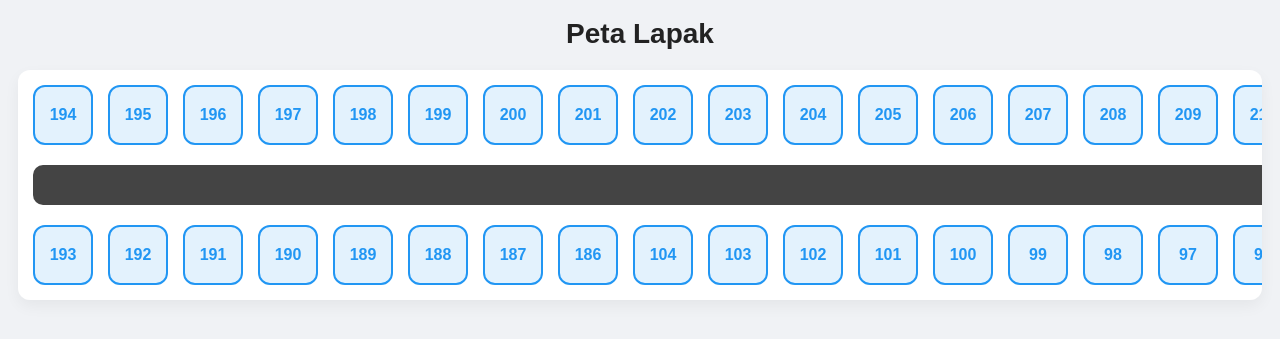
Repository: pasarrakyatbak/denah
Page: index.html
An editor plug-in stored every save of this project. The page is shown before and after the next save, followed by the edit.
The browser window is 1280 px wide. The pictures show the whole page.

Above is the page before, as saved 2025-09-19 08:55:36.

After the next save:
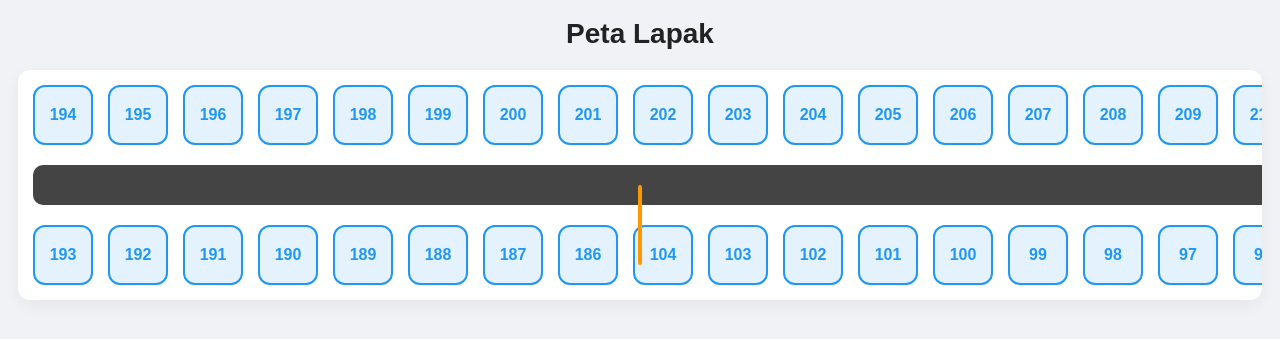
Saved 28 s later.
--- a/style.css
+++ b/style.css
@@ -101,6 +101,41 @@
     transform: scale(1.05);
 }
 
+/* Container gapura lintas jalan */
+.gapura-container {
+    width: 60px;
+    height: 60px;
+    display: flex;
+    flex-direction: column;
+    align-items: center;
+    justify-content: center;
+    gap: 3px;
+}
+
+/* Simbol gapura */
+.gapura-icon {
+    font-size: 22px;
+}
+
+/* Panah */
+.gapura-arrow {
+    font-size: 18px;
+    line-height: 1;
+}
+
+/* Garis penghubung di jalan */
+.gapura-connector {
+    position: absolute;
+    top: 50%;
+    left: 50%;
+    transform: translateX(-50%);
+    width: 4px;
+    height: 80px;
+    /* panjang garis sesuai tinggi jalan */
+    background: #ff9800;
+    border-radius: 2px;
+}
+
 /* Responsive */
 @media(max-width:900px) {
     .lapak {

After the save that followed:
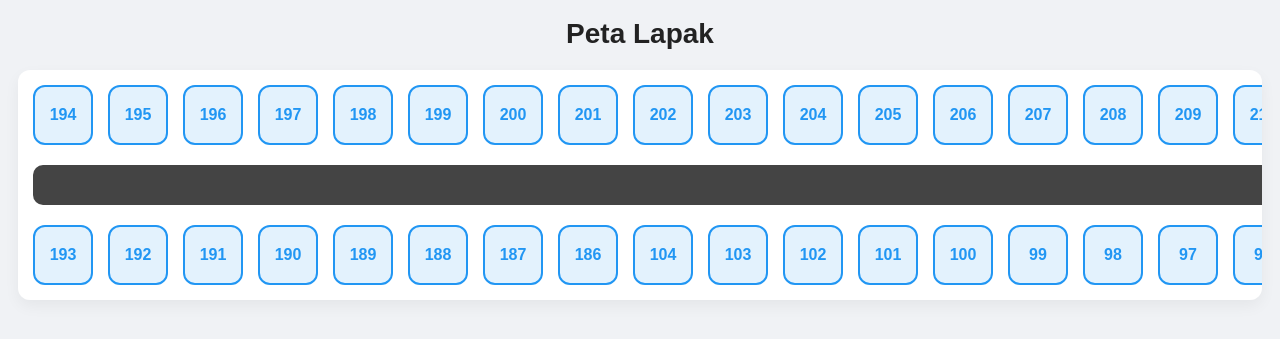
Saved 64 s later.
--- a/style.css
+++ b/style.css
@@ -123,19 +123,6 @@
     line-height: 1;
 }
 
-/* Garis penghubung di jalan */
-.gapura-connector {
-    position: absolute;
-    top: 50%;
-    left: 50%;
-    transform: translateX(-50%);
-    width: 4px;
-    height: 80px;
-    /* panjang garis sesuai tinggi jalan */
-    background: #ff9800;
-    border-radius: 2px;
-}
-
 /* Responsive */
 @media(max-width:900px) {
     .lapak {
